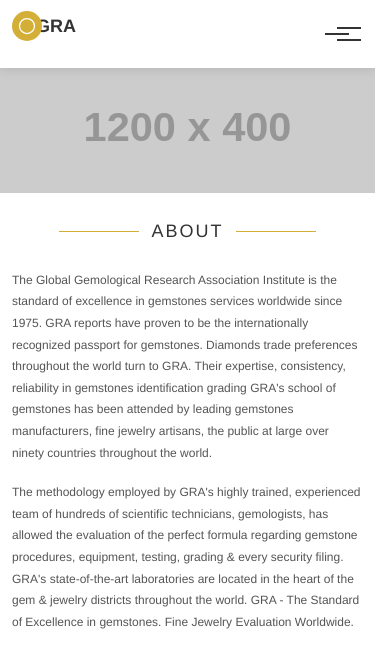
Repository: zhangchugao/jewelry
Page: /about
These files come from the project's save history. The page is drawn as it stood at one moment and after the next save; the edit follows.
The browser window is 375 px wide. The pictures show the whole page.
The project was rebuilt for these pictures with package versions that can differ from the ones it lists, and the page was loaded fresh each time. Also part of the build but not shown: vite.config.ts, src/components/BannerSection.vue, src/components/CertificateSection.vue, src/views/HomeView.vue, src/views/NewsView.vue, src/views/FeaturedView.vue, src/views/ContactView.vue.

Above is the page before, as saved 2025-11-23 12:42:50.

After the next save:
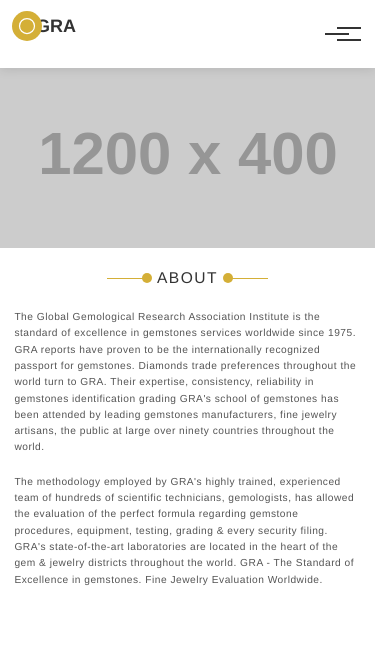
Saved 71 s later.
--- a/src/views/AboutView.vue
+++ b/src/views/AboutView.vue
@@ -27,6 +27,7 @@
   max-width: 1200px;
   margin: 0 auto;
   padding: 0;
+  position: relative;
 }
 
 /* 实验室图片样式 */
@@ -35,6 +36,7 @@
   height: auto;
   overflow: hidden;
   margin: 0;
+  position: relative;
 }
 
 .lab-image {
@@ -42,6 +44,12 @@
   height: auto;
   display: block;
   object-fit: cover;
+  transition: transform 0.5s ease;
+  min-height: 250px;
+}
+
+.lab-image:hover {
+  transform: scale(1.02);
 }
 
 /* 装饰性标题样式 */
@@ -50,6 +58,14 @@
   align-items: center;
   justify-content: center;
   margin: 3rem 0;
+  opacity: 0;
+  animation: fadeIn 1s ease forwards;
+  animation-delay: 0.3s;
+}
+
+@keyframes fadeIn {
+  from { opacity: 0; }
+  to { opacity: 1; }
 }
 
 .title-decoration {
@@ -57,6 +73,24 @@
   height: 1px;
   background-color: #d4af37; /* Gold color */
   max-width: 150px;
+  position: relative;
+}
+
+.title-decoration::after {
+  content: '';
+  position: absolute;
+  width: 10px;
+  height: 10px;
+  background-color: #d4af37;
+  border-radius: 50%;
+  top: 50%;
+  transform: translateY(-50%);
+  right: -5px;
+}
+
+.title-decoration:last-child::after {
+  right: auto;
+  left: -5px;
 }
 
 .about-title {
@@ -66,6 +100,8 @@
   margin: 0 2rem;
   letter-spacing: 2px;
   text-transform: uppercase;
+  cursor: default;
+  user-select: none;
 }
 
 /* 内容样式 */
@@ -76,30 +112,103 @@
   line-height: 1.8;
   color: #555;
   text-align: justify;
+  opacity: 0;
+  animation: fadeIn 1s ease forwards;
+  animation-delay: 0.6s;
+  transition: all 0.3s ease;
 }
 
 .about-content p {
   margin-bottom: 1.5rem;
+  font-size: 1rem;
+  line-height: 1.8;
+  letter-spacing: 0.5px;
+}
+
+/* 触摸优化 */
+.lab-image-container {
+  touch-action: pan-y;
 }
 
 /* 响应式设计 */
+@media (max-width: 1024px) {
+  .about-content p {
+    font-size: 0.95rem;
+  }
+
+  .about-title {
+    font-size: 1.7rem;
+  }
+}
+
 @media (max-width: 768px) {
   .about-title-container {
-    margin: 2rem 0;
+    margin: 2rem 1rem;
   }
 
   .title-decoration {
-    max-width: 80px;
+    max-width: 60px;
   }
 
   .about-title {
     font-size: 1.5rem;
     margin: 0 1rem;
+    letter-spacing: 1.5px;
   }
 
   .about-content {
-    padding: 0 1rem;
+    padding: 0 1.5rem;
     text-align: left;
   }
+
+  .about-content p {
+    font-size: 0.9rem;
+    line-height: 1.7;
+  }
+}
+
+@media (max-width: 480px) {
+  .about-title-container {
+    margin: 1.5rem 1rem;
+  }
+
+  .title-decoration {
+    max-width: 40px;
+  }
+
+  .about-title {
+    font-size: 1.3rem;
+    margin: 0 0.8rem;
+  }
+
+  .about-content {
+    padding: 0 1.2rem;
+    margin-bottom: 3rem;
+  }
+
+  .about-content p {
+    font-size: 0.85rem;
+    line-height: 1.6;
+  }
+
+  .lab-image {
+    min-height: 180px;
+  }
+}
+
+/* H5设备优化 */
+@media (hover: none) and (pointer: coarse) {
+  .lab-image:hover {
+    transform: none;
+  }
+
+  .about-title {
+    letter-spacing: 1px;
+  }
+
+  .about-content p {
+    font-size: 0.95rem;
+    line-height: 1.7;
+  }
 }
 </style>
